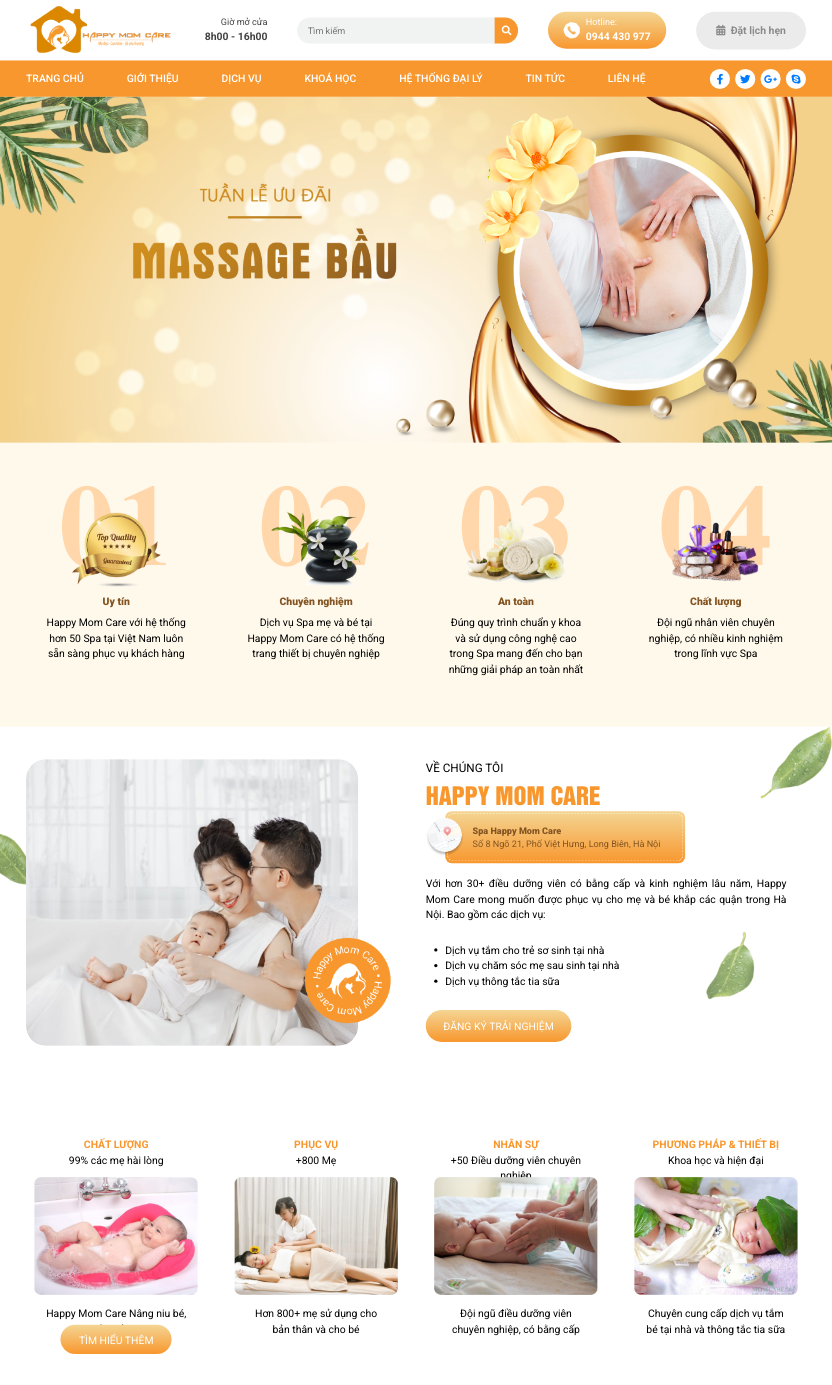
Repository: haianh12082001/happymom
Page: index.html
The author's editor kept a copy of each file at every save. The page is drawn from the files as they stood at one save, then again after the next save.
The browser window is 1280 px wide. The pictures show the whole page, at 65% of full size.
Some web libraries are served in a nearby version. The style sheet was rebuilt from its Sass, Less or Tailwind sources for each picture, by a compiler version that may differ from the author's.

Above is the page before, as saved 2021-11-16 08:26:15.

After the next save:
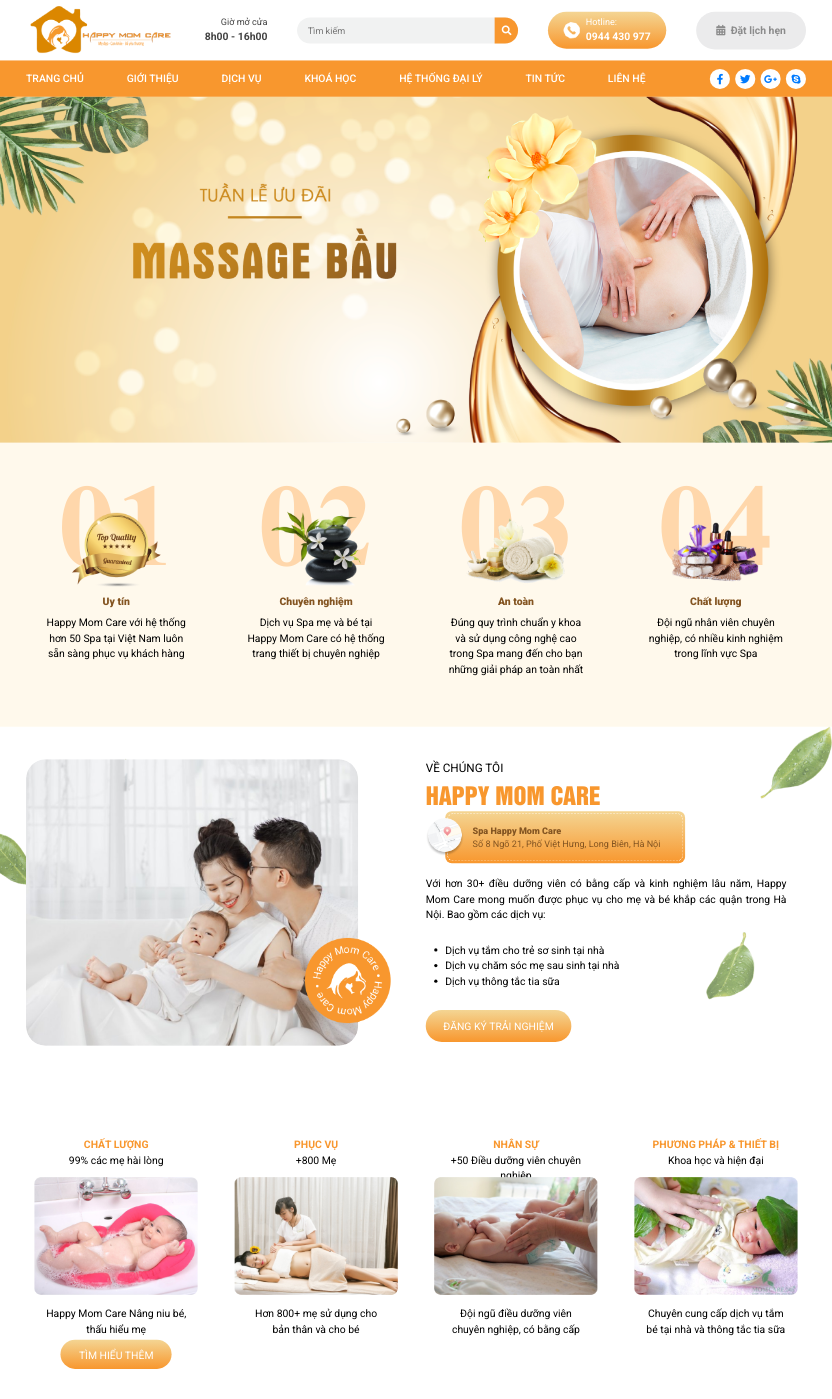
Saved 54 s later.
--- a/assets/sass/_blog.scss
+++ b/assets/sass/_blog.scss
@@ -17,7 +17,7 @@
     &__des {
         text-align: center;
         padding: 17px;
-        height: 59px;
+        // height: 59px;
     }
     &__btn {
         text-align: center;
